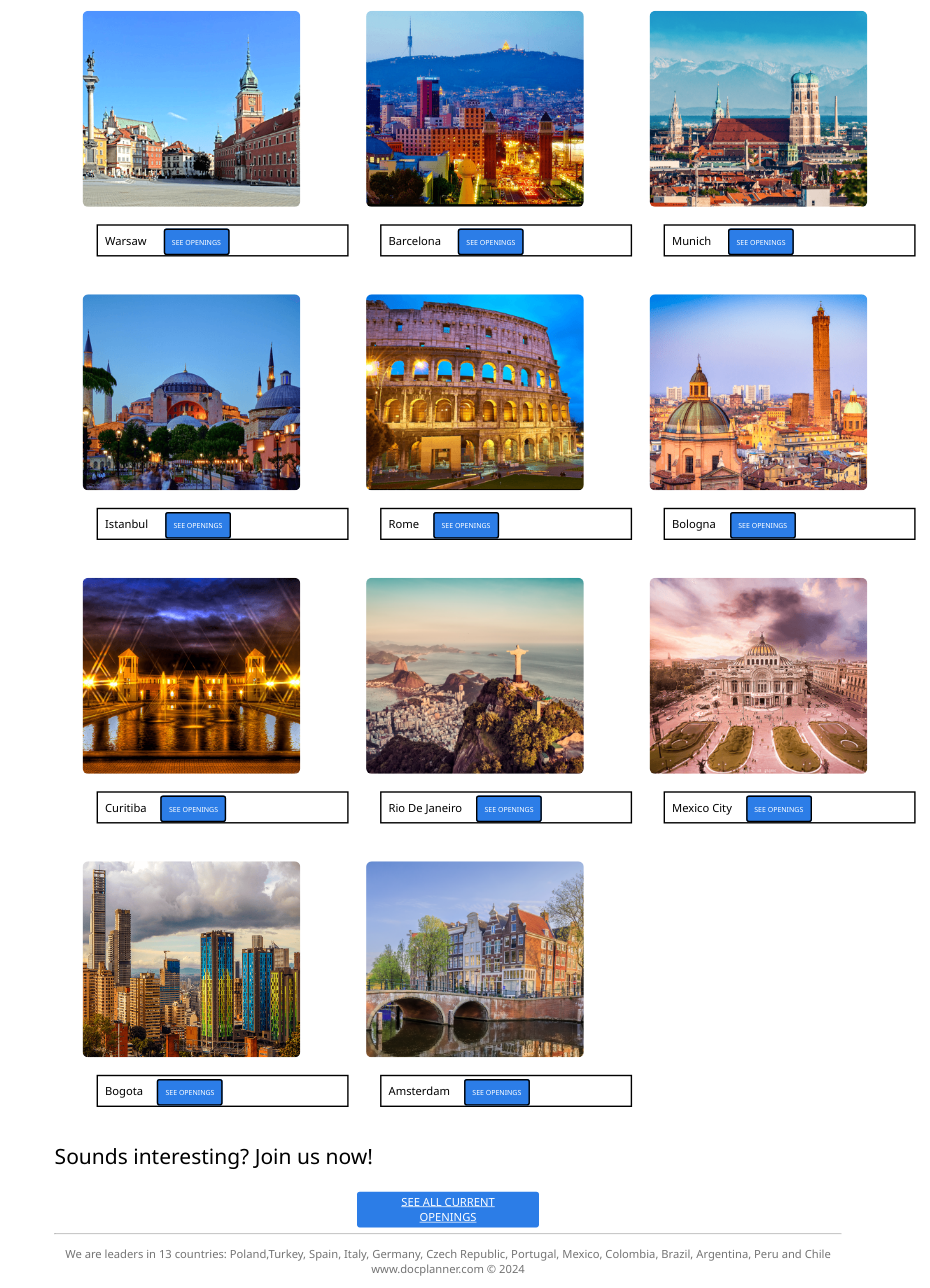
Repository: awa-creator/Checkpoint4
Page: doc.html
These files come from the project's save history. The page is drawn as it stood at one moment and after the next save; the edit follows.
The browser window is 1280 px wide. The page is 1328 px wide, so the pictures cover 1328 px, including what lies to the right of the window. The pictures show the part of the page from y = 1798 to 3638 px (the page is 3638 px tall before and 3634 px after), at 70% of full size.

Above is the page before, as saved 2024-09-24 22:55:18.

### doc.html
<!DOCTYPE html>
<html lang="en">
<head>
    <meta charset="UTF-8">
    <meta name="viewport" content="width=device-width, initial-scale=1.0">
    <title>Document</title>
    <link rel="stylesheet" href="style1.css">

</head>

<body>
        <header class="Doc_header" >
           <img class="doc_logo" src="image/imagdocplanner/logo-default-group-en.svg" alt="logo" width="238px" height="33px">
            <ul class="nav_menu">
            <li><h4 class="H">A About us</h4></li>
        <li><h4 class="H"> Career</h4></li>
        <li><h4 class="H">Departments</h4></li>
    </ul>
</header>
    <section class="Introduction">
        <div >
            <center><img class="idps" src="image/imagdocplanner/sygnet.png" alt=""></center>
        </div>
               <h1 class="tittle_intro" >Making the healthcare experience more human</h1>
        <div class="intro_text">
        <div class="div1"><p>We want patients to find the perfect doctor and book an appointment in the most easy way. The patient journey should be enjoyable, and that's why we are always next to them: to help them find the best possible care. Anytime, anywhere.</p>
        </div>
            <div class="div2"><p> We also help doctors to better manage their practice and build their  online reputation. With our integrated end-to-end solution, doctors  are able not only to improve their online presence, but also to  devote their time to what really matters: their patients.</p>
            </div>
            </div>
        </section>
        <section class="box">
            <div class="boxp">
                <img src="image/imagdocplanner/icon-patients.svg" alt="">
                <h2 class="text">For patients</h2> <p class="boxtext">Find a doctor, book a <br> visit and solve any <br> health-related doubt</p>
             <div class="">
   <select  class="choose_c" name="selectp" id="">
    <option value="">Choose a country</option>
    <option value="">Tunisia</option>
    <option value="">Morocco</option>
    <option value="">Senegal</option>
    <option value="">England</option>
    <option value="">Sweden</option>
    <option value="">France</option>
    <option value="">Saudi Arabia</option>
    <option value="">Japan</option>
   </select>
             </div>
            </div>
            <div class="boxd">
                <img src="image/imagdocplanner/icon-doctors.svg" alt=""> <h2 class="text">For doctors</h2> <p class="boxtext">Save time managing <br>visits and cut no- <br>shows by half</p>
            <div class="selectd">
                <select class="choose_c" name="" id="">
                    <option class="choose_c" value="">Choose a country</option>
                    <option value="">Argentina</option>
                    <option value="">Brazil</option>
                    <option value="">Chili</option>
                    <option value="">Colombia</option>
                    <option value="">Czech</option>
                    <option value="">Germany</option>
                    <option value="">Italy</option>
                    <option value="">Mexico</option>
                    <option value="">Peru</option>
                    <option value="">Poland</option>
                    <option value="">Spain</option>
                    <option value="">Turkey</option>
                   </select>
            </div>
            </div>
            <div class="boxc">
                <img src="image/imagdocplanner/icon-clinics.svg" alt=""> <h2 class="text">For clinics</h2> <p class="boxtext">Deliver an exceptional <br> patient experience in <br> your clinic</p>
            <select class="choose_c"name="" id="">
                <option value="">2 to 20 specialists</option>
                    <option value="">Brazil</option>
                    <option value="">Czech</option>
                    <option value="">Germany</option>
                    <option value="">Italy</option>
                    <option value="">Mexico</option>
                    <option value="">Poland</option>
                    <option value="">Spain</option>
                    <option value="">Turkey</option>
            </select> <br><br>
            <select  class="choose_c"name="" id="">
                <option  value="" >More than 20 specialists</option>
                <option value="">Brazil</option>
                <option value="">Italy</option>
                <option value="">Mexico</option>
                <option value="">Poland</option>
                <option value="">Spain</option>
            </select>
            </div>
        </section>
        <section  on class="brand_section">
            <p class="brand_intro"> We are a global <br> company <br> with local culture </p>
            <ul class="brand_logo">
            <a href=""><img class="im" src="image/imagdocplanner/sygnet.png" alt="">Znanylekarz</a>
            <a href=""><img class="im" src="image/imagdocplanner/sygnet.png" alt="">Doctoralia</a>
            <a href=""><img class="im" src="image/imagdocplanner/sygnet.png" alt="">Miodottore</a>
            <a href=""><img class="im" src="image/imagdocplanner/sygnet.png" alt="">Doktortakvimi</a>
            <a href=""><img class="im" src="image/imagdocplanner/sygnet.png" alt="">Znamylekar</a>
            <a class="bl" href="https://www.jameda.de/"><img class="jameda" src="image/imagdocplanner/logo-jameda.svg" alt=""></a>
            <a href="https://tuotempo.com/powered-by-tuotempo"><img class="tuotempo" src="image/imagdocplanner/logo-tuotempo.svg" alt="" width="140px" height="30px"></a>
            <a href="https://gipo.it/?redirect_origin=www.gipo.it"><img class="gipo" src="image/imagdocplanner/logo-gipo-primary.svg" alt=""></a>
            <a href="href=https://clinic-cloud.com/"><img class="clinic" src="image/imagdocplanner/logo-clinicloud.svg" alt="" > </a>
            <a  href="href=https://feegowclinic.com.br/"><img class="feegowclinic"  src="image/imagdocplanner/logo-feegow.svg" alt=""></a>
            <a  href="href=https://mydr.pl/welcome/"><img class="mydr" src="image/imagdocplanner/my-dr-edm-logo.svg" alt="" ></a>
        </ul>
    </section>
        <section class="platform">
            <div class="plat">
            <h1 class="iplat"> The world's biggest <br>healthcare platform</h1>
<p class="p_plat">We work from 9 offices all over the world, bringing Docplanner Group <br>to life in 13 countries. <br></p></div>
  <img class="logsynget" src="image/imagdocplanner/logo.png" alt="" >
<center><div class="grid">
                        <div class="column1a">
                   <img class="ilog" src="image/imagdocplanner/flag.png" alt="">  <h4 class="tittlegrid">Leader in 13 <br>countries </h4> <p class="textgrid">Poland, Brazil, Mexico, Spain, Italy, Germany, Turkey, Colombia, Czech Republic, Portugal, Argentina, Peru and Chile</p>
                        </div>
                        <div class="column1b">
                            <img class="ilog"  src="image/imagdocplanner/patients.png" alt=""><h4 class="tittlegrid">90,000,000 <br>patients</h4><p class="textgrid">visit our websites each month</p>
                                </div>
                        <div class="column2a">
                            <img class="ilog"  src="image/imagdocplanner/visits.png" alt=""> <h4 class="tittlegrid">22,000,000 <br>appointments</h4><p class="textgrid">booked last month</p>
                                </div>

                <div class="column2b">
                    <img class="ilog"  src="image/imagdocplanner/doctors.png" alt=""><h4 class="tittlegrid">260,000 <br>active doctors</h4> <p class="textgrid">trust our solutions</p>
                        </div>   </center>
                    </div>
                </section>
        <section class="contries">
            <center><h1 class="h1_contrie">Improve the lives of millions. <br>Change yours forever.</h1></center>
            <center><p class="p_contrie"> More than 2800 team mates share our same vision,<br> goals and passion.With offices in Warsaw, Barcelona, Munich, Istanbul, Rome, Rio, Bologna,<br> Mexico City and Curitiba, our search for great talent never stops. </p></center>
        </section>
       <section>
            <ul class="picture" >
     <li class="country1">
        <img class="coun" src="image/imagdocplanner/warsaw.png" alt=""><div class="count">Warsaw <a href="#">SEE OPENINGS</a></div></li>
<li class="country2">
<img class="coun"  src="image/imagdocplanner/barcelona.png" alt=""><div class="count">Barcelona <a href="#" target="_blank" rel="noopener noreferrer">SEE OPENINGS</a></div>
</li>
<li class="country3">
<img class="coun" src="image/imagdocplanner/munich.png" alt=""><div class="count">Munich <a href="#" target="_blank" rel="noopener noreferrer">SEE OPENINGS</a></div>
</li>
<li class="country3">
<img class="coun" src="image/imagdocplanner/istanbul.png" alt=""> <div class="count">Istanbul <a href="#" target="_blank" rel="noopener noreferrer">SEE OPENINGS</a></div>
</li>
<li class="country4">
<img class="coun" src="image/imagdocplanner/rome.png" alt=""><div class="count">Rome<a href="#" target="_blank" rel="noopener noreferrer">SEE OPENINGS</a></div>
</li>
<li class="country5">
<img class="coun" src="image/imagdocplanner/bologna.png" alt=""><div class="count">Bologna<a href="#" target="_blank" rel="noopener noreferrer">SEE OPENINGS</a></div>
</li>
<li class="country6">
    <img class="coun" src="image/imagdocplanner/curitiba.png" alt=""><div class="count">Curitiba<a href="#" target="_blank" rel="noopener noreferrer">SEE OPENINGS</a></div>
    </li>
    <li class="country7">
        <img class="coun" src="image/imagdocplanner/rio-janeiro.png" alt=""><div class="count">Rio De Janeiro<a href="#" target="_blank" rel="noopener noreferrer">SEE OPENINGS</a></div>
        </li>
        <li class="country8">
            <img class="coun" src="image/imagdocplanner/mexico-city.png" alt=""><div class="count">Mexico City<a href="#" target="_blank" rel="noopener noreferrer">SEE OPENINGS</a></div>
            </li>
            <li class="country9">
                <img class="coun" src="image/imagdocplanner/bogota.png" alt="" ><div class="count">Bogota<a href="#" target="_blank" rel="noopener noreferrer">SEE OPENINGS</a></div>
                </li>
                <li class="country10">
                    <img class="coun" src="image/imagdocplanner/amsterdam.png" alt=""><div class="count">Amsterdam<a href="#" target="_blank" rel="noopener noreferrer">SEE OPENINGS</a></div>
                    </li>
                </ul>
            </section>
<section>
    <p class="conclu"> Sounds interesting? Join us now!</p>
   <center><div class="finish">SEE ALL CURRENT OPENINGS</div></center>
</section>



</body>
<footer> <hr>
    <p class="end">We are leaders in 13 countries: Poland,Turkey, Spain, Italy, Germany, Czech Republic, Portugal, Mexico, Colombia, Brazil, Argentina, Peru and Chile
    <br>www.docplanner.com © 2024 </p>

</footer>
</html>

### style1.css
body{
    font-family: 'Segoe UI', Tahoma, Geneva, Verdana, sans-serif;
    padding-left: 70px;
    padding-right: 70px;

    }
.Doc_header{
    display: inline;
    padding: 10px;
    margin: 10px;
    display: flex;
    justify-content: space-between;
    align-content: space-between;
    position: sticky;
}
.doc_logo{
    display: flex;
    justify-content: center;
}
.nav_menu{
    display: flex;
    justify-content: space-between;
    margin:0px;
    padding: 0px;
    list-style-type: none;
    color: #747474;
}
.div1,.div2{
    float: left;
    padding: 10px;
}
.H{
    margin: 10px;
}
.idps{
    display: flex;
    align-self: center;
}

.log{
    text-align: center;
}

.tittle_intro{
text-align: center;
color:#00b39b;
font-size:2em;
font-family:Arial, Helvetica, sans-serif;
font-weight: normal;
}
.intro_text{
    display: flex;
    justify-content: space-around;
    color:#747474;
    font-family: system-ui, -apple-system, BlinkMacSystemFont, 'Segoe UI', Roboto, Oxygen, Ubuntu, Cantarell, 'Open Sans', 'Helvetica Neue', sans-serif;
    font-size: 16px;
    margin:20px;
}
.box{
    display: flex;
    margin: 30px;
    width: 80%;
    flex-direction: row;
    margin-left: 10%;

}

.boxp{
    background-color:#00ccb1;
   padding: 10px;
   border-radius: 10px;
   color: white;
   margin: 10px;
   height: 300px;
   flex-basis: 48%;
   width: 20%;
}
.boxd{
    background-color:#3d83df ;
   padding: 10px;
   border-radius: 10px;
   color: white;
   margin: 10px;
   height: 300px;
   flex-basis: 48%;
   width:20%;
}
.boxc {
    background-color:#1b2734;
    padding: 10px;
    border-radius: 10px;
    color: white;
    margin: 10px;
    height: 300px;
    flex-basis: 48%;
    width:20%;
}
.text{
    font-family: Arial, Helvetica, sans-serif;
    font-weight: normal;
    font-size: 28px;
}
.boxtext{
    font-weight: normal;
    font-size: 24px;
}
.selectp{
    background-color: none;
}
.choose_c{
    background-color: transparent;
    color: #FFF;
    border: transparent;
    text-decoration: underline;
    font-size: 15px;
}
.brand_intro{

    color: #00b39b;
    font-size: 24px;
margin-left: 200px;

}
.brand_section{
    display: flex;
    justify-content: space-between;
    padding: 20px;
    margin: -40px;
}
.brand_logo {
    display: grid;
    grid-template-columns: repeat(4,110px);
    grid-template-rows: repeat(3,70px);
    margin-right: 160px;
    font-weight: 600;
    filter:grayscale(100%);
}
a{
    text-decoration: none;
}
.im{
   display: grid;
    height: 25px;
    width:25px;
    filter:grayscale(100%);
   grid-template-columns: repeat(4, 1fr);
    grid-template-rows: repeat(3, 1fr);
    margin-left: -25px;
    margin-bottom: -25px;
}
.jameda{

    filter:grayscale(100%);
    margin-bottom: -5px;

}
.tuotempo{
    width: 100px;
    filter:grayscale(100%);
    margin-top: -5px;
}
.gipo{
    width: 40px;
    filter:grayscale(100%);
    margin-top: -10px;
    margin-left: 20px;
}
.clinic{
    width: 60px;
    filter:grayscale(100%);
    margin-top: -10px;
}
.feegowclinic{
    width: 90px;
    filter:grayscale(100%);
    margin-top: -10px;
}
.mydr{
    width: 100px;
    filter:grayscale(100%);
    margin-top: -10px;
}


.platform{
    background-color: #e5faf8;
    max-height: 600px;
    overflow: hidden;
}
.plat{
    color:#34b99d;

}
.logosy{
    padding-left: 50px;
    padding-top: 50px;
}
.logsynget{
    padding-left: 50px;
    padding-top: 50px;
    overflow: hidden;
}
.iplat{
    font-weight: normal;
    font-size: 34px;
    margin-left: 70px;
    margin-bottom: -40px;

}
.p_plat{
    color: #747474;
    margin-left: 70px;
    padding-bottom: 60px
}
.grid{
    display: grid;
    gap: 20px;
    grid-template-columns: repeat(2, 1fr);
    position: relative;
    border-radius: 10px;
    margin-left: 600px;
    margin-top:-600px;
    width: 40%;
    height: 80%;
    padding: 40px;
}
.tittlegrid{
    font-weight: normal;
    color: #00b39b;
}
.column1a{
    background-color:#FFF;
    border-radius: 5px;
    height: auto;
}
.column1b{
    background-color:#FFF;
    border-radius: 5px;
    height: auto;
    transform: translateY(-30px);
}
.ilog{
    margin-top: 30px;
}
.column2a{
    background-color:#FFF;
    border-radius: 5px;
  height: auto;

}
.column2b{
    background-color:#FFF;
    border-radius: 5px;
  height: auto;
  transform: translateY(-30px);
}

.textgrid{
    color: #747474;
    font-family: system-ui, -apple-system, BlinkMacSystemFont, 'Segoe UI', Roboto, Oxygen, Ubuntu, Cantarell, 'Open Sans', 'Helvetica Neue', sans-serif;
 font-size: 13px;
}
.h1_contrie{
    color: #00b39b;
    font-weight: normal;
    padding: 5px;
 font-size: 30px;
}
.p_contrie{
    color: #747474;
    margin: 22px;
    font-size: 14px;
    padding: 20px;
}
.contries{
    justify-content: center;
}
.picture{
    display: grid;
    grid-template-columns: repeat(3, 400px);
    grid-template-rows: repeat(3, 400px);
    list-style-type: none;
    grid-gap: 5px;
    margin: auto;
}
.coun{
    border-radius: 8px;
    width: 311px;
    height:280px;
}
.count{
    border-color: #747474;
}
.count a{
    width: 70px;
    height: 15px;
    left: 200px;
    top: -50px;
    background-color: #2c7de7;
    color: white;
    font-size: .625rem;
    padding: 1em 1.5em;
    border-radius: 4px;
    bottom: 10px;

}
.count,.count a{
    margin: 20px;
    padding: 10px;
    border: 2px solid black;
    border-left: -40px;
    border-right: -90px;
    border-top: 2px solid black;
}
.conclu{
font-size: 30px ;
}
.finish{
   text-decoration: underline;
    width: 210px;
    height: 1px;
    background-color: #2c7de7;
    color: white;
    padding: 25px;
    border-radius: 4px;
    display: flex;
    align-items: center;
}
.end{
    color: #747474;
    text-align: center;
}

After the next save:
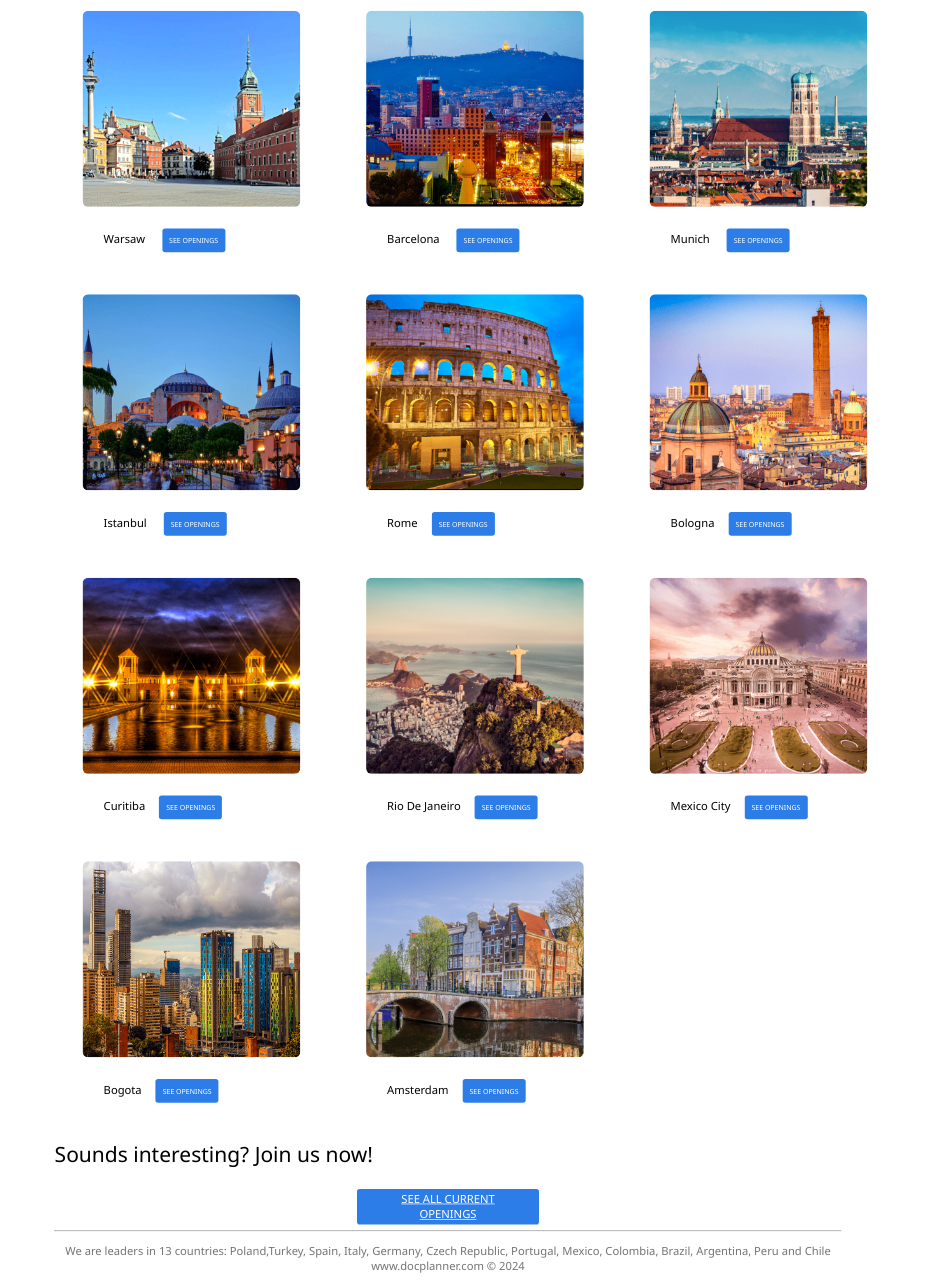
Saved 6 min 3 s later.
--- a/style1.css
+++ b/style1.css
@@ -307,10 +307,7 @@
 .count,.count a{
     margin: 20px;
     padding: 10px;
-    border: 2px solid black;
-    border-left: -40px;
-    border-right: -90px;
-    border-top: 2px solid black;
+
 }
 .conclu{
 font-size: 30px ;
